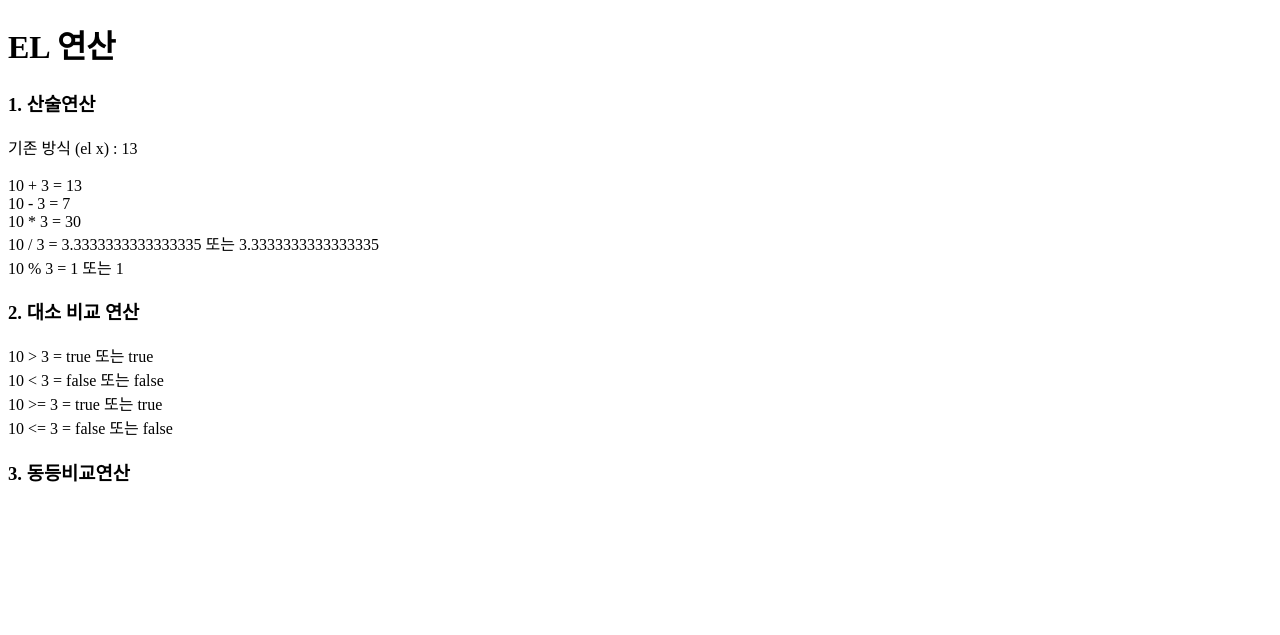
Repository: gimanKr/academyWork
Page: http://localhost/elActionProject/operation.do
An editor plug-in stored every save of this project. The page is shown before and after the next save, followed by the edit.
The browser window is 1280 px wide. The pictures show the whole page.
The page is served by Tomcat 9.

Above is the page before, as saved 2023-10-26 02:52:26.

After the next save:
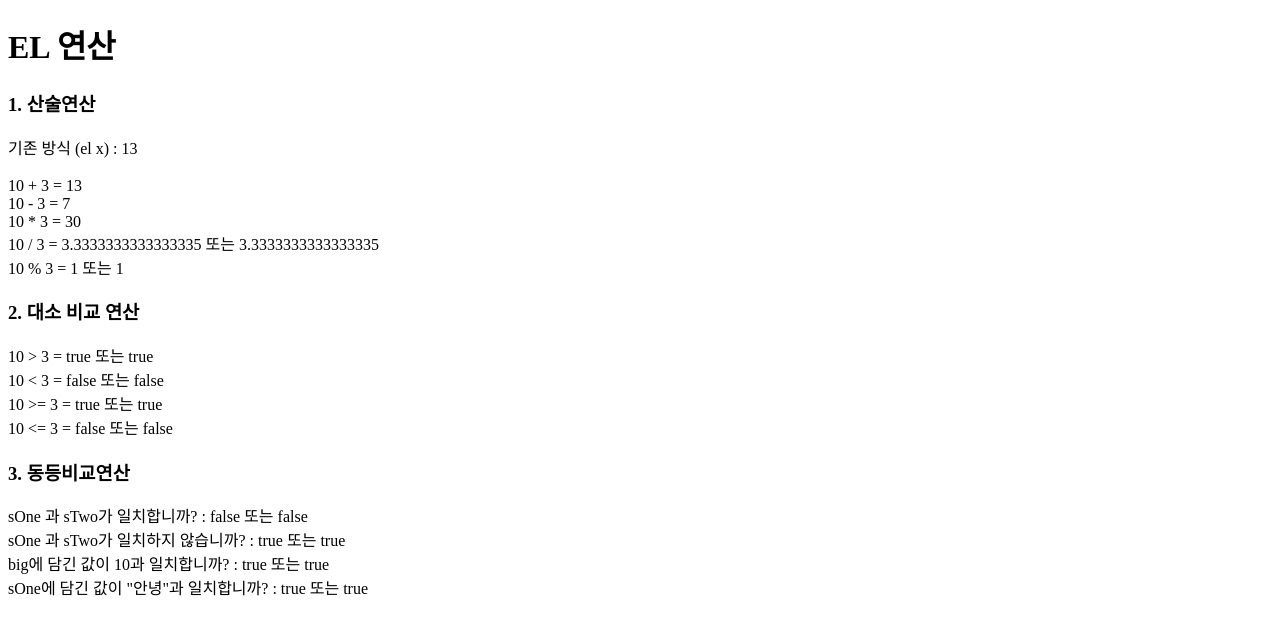
Saved 8 s later.
--- a/elActionProject/src/main/webapp/views/1_EL/02_elOperation.jsp
+++ b/elActionProject/src/main/webapp/views/1_EL/02_elOperation.jsp
@@ -24,6 +24,11 @@
 	10 &lt;= 3 = ${big <= small} 또는 ${big le small} <br>
 	<h3>3. 동등비교연산</h3>
 	<!-- el에서의 == 비교는 자바에서의 equals()와 같은 동작을 한다. -->
+	sOne 과 sTwo가 일치합니까? : ${sOne == sTwo} 또는 ${sOne eq sTwo} <br>
+	sOne 과 sTwo가 일치하지 않습니까? : ${sOne != sTwo} 또는 ${sOne ne sTwo} <br>
+
+	big에 담긴 값이 10과 일치합니까? : ${big == 10} 또는 ${big eq 10} <br>
+	sOne에 담긴 값이 "안녕"과 일치합니까? : ${sOne == '안녕'} 또는 ${sOne eq "안녕"} <br>
 	<!-- el안에서 문자열 리터럴 제시시 홀따움표든 쌍따움표든 가리지 않음 -->
 
 </body>
